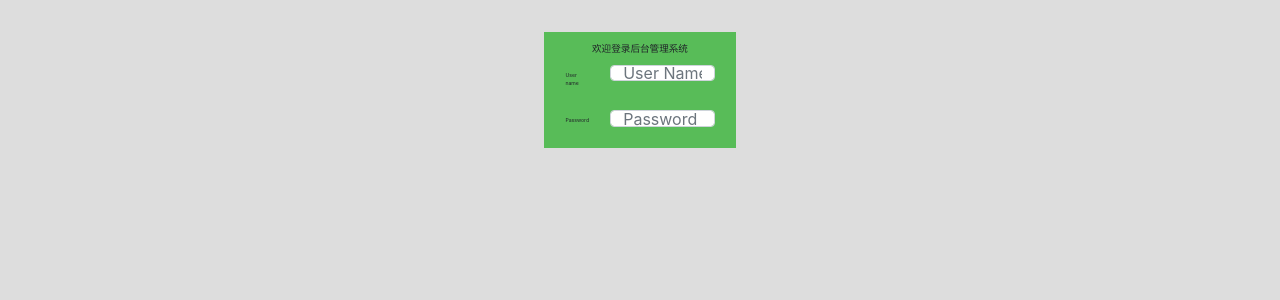
Repository: Rayfang0719/Vue-admin
Page: /
An editor plug-in stored every save of this project. The page is shown before and after the next save, followed by the edit.
The browser window is 1280 px wide. The pictures show the whole page.
The project was rebuilt for these pictures with package versions that can differ from the ones it lists, and the page was loaded fresh each time. Also part of the build but not shown: vue.config.js.

Above is the page before, as saved 2019-05-11 10:28:30.

After the next save:
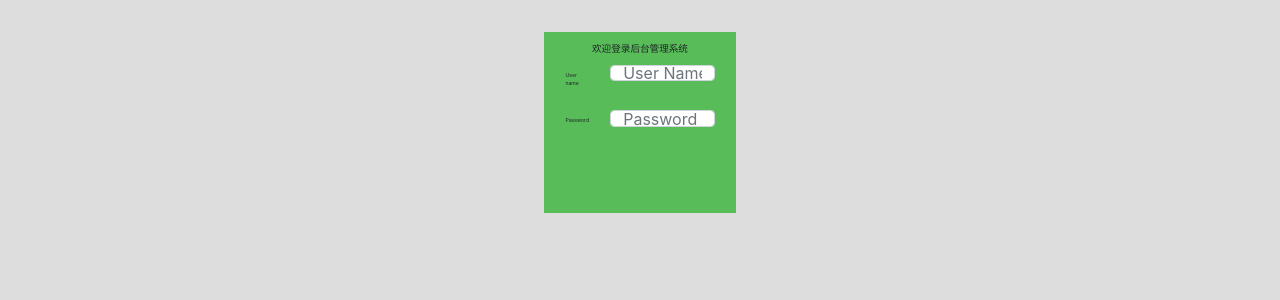
Saved 42 s later.
--- a/src/pages/login.vue
+++ b/src/pages/login.vue
@@ -30,6 +30,7 @@ export default {
     margin: 2rem auto;
     overflow:hidden;
     width: 12rem;
+    height:11.333333rem;
     /* height:5rem; */
     background-color:#58bc58;
     padding-top:.013333rem;
